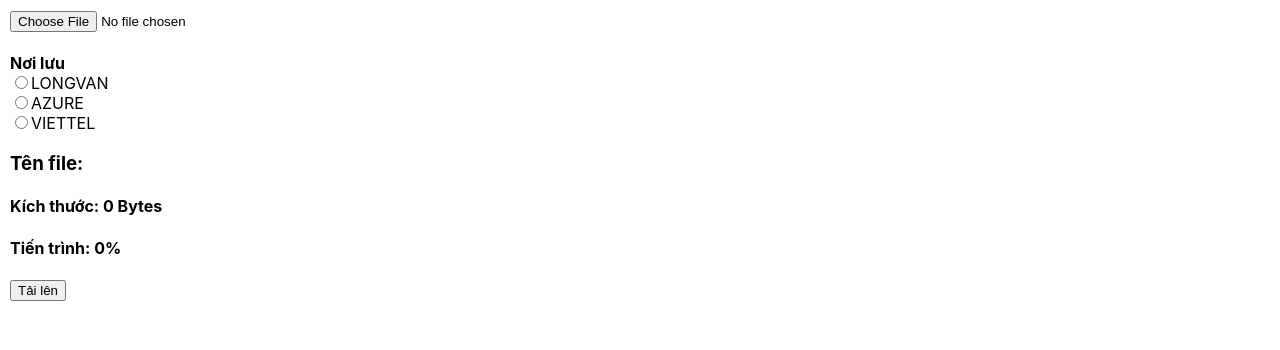
Repository: duc30012001/viettel-test-upload
Page: /
These files come from the project's save history. The page is drawn as it stood at one moment and after the next save; the edit follows.
The browser window is 1280 px wide. The pictures show the whole page.
The project was rebuilt for these pictures with package versions that can differ from the ones it lists, and the page was loaded fresh each time. Imported but missing from the stored project, and not drawn on this page: src/reportWebVitals.

Above is the page before, as saved 2023-03-16 12:44:45.

After the next save:
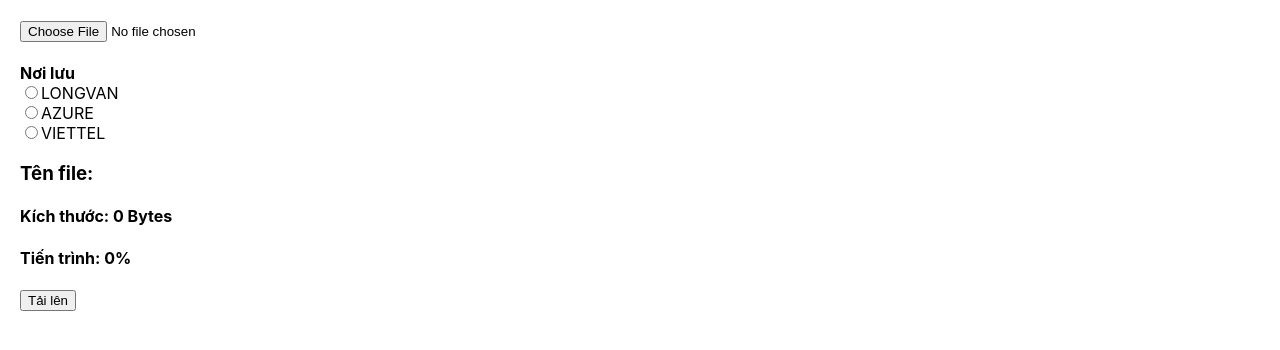
Saved 6 s later.
--- a/src/App.jsx
+++ b/src/App.jsx
@@ -46,7 +46,7 @@ const App = () => {
   };
 
   return (
-    <div style={{ padding: "10px" }}>
+    <div style={{ padding: "20px" }}>
       <input ref={fileInput} onChange={onChange} type="file" />
       <div>
         <h4 style={{ marginBottom: 0 }}>Nơi lưu</h4>
